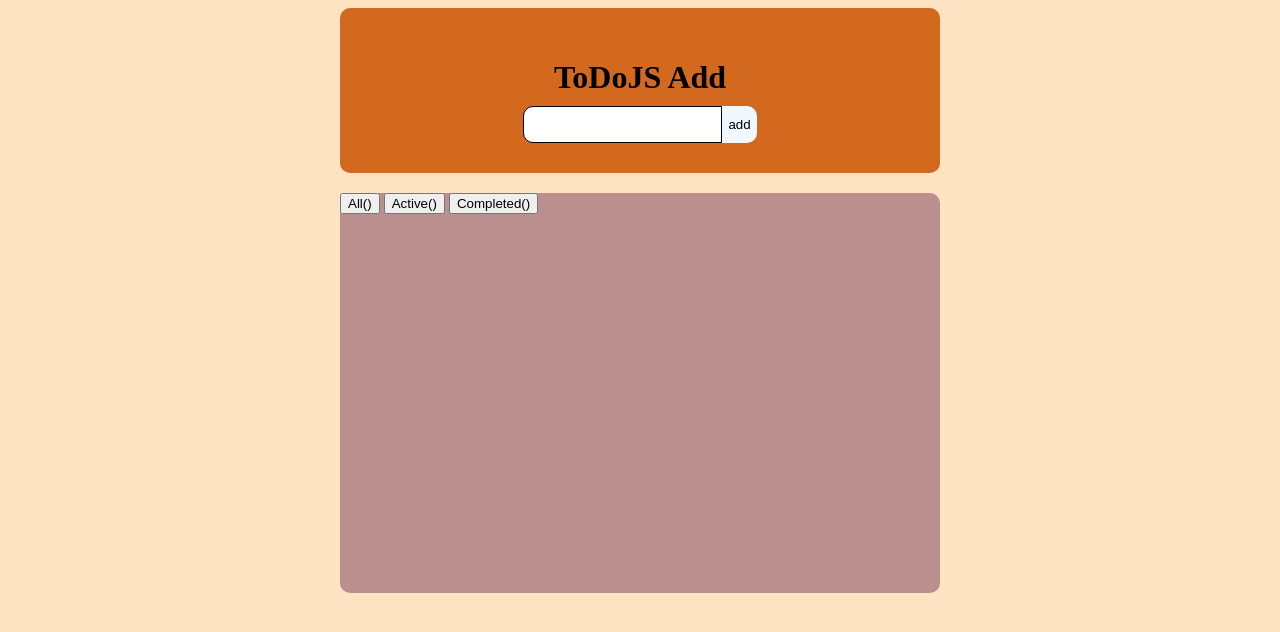
Repository: Savich01/ToDo
Page: index.html
An editor plug-in stored every save of this project. The page is shown before and after the next save, followed by the edit.
The browser window is 1280 px wide. The pictures show the whole page.

Above is the page before, as saved 2024-05-03 14:48:52.

After the next save:
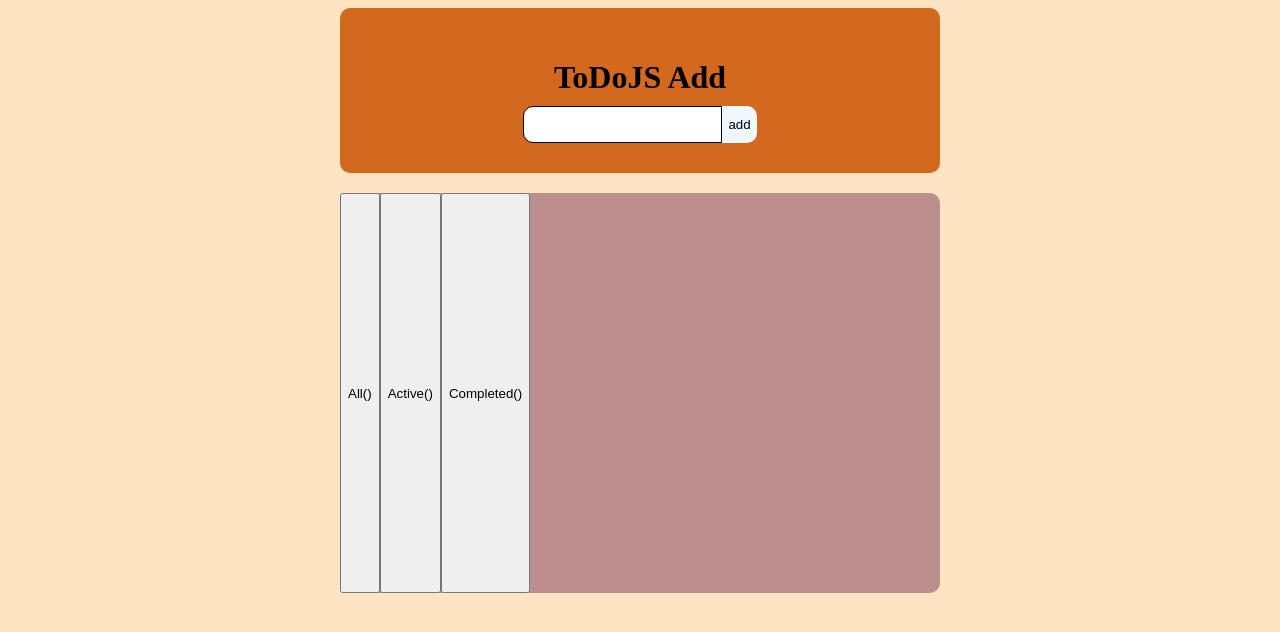
Saved 3 min 45 s later.
--- a/css/style.css
+++ b/css/style.css
@@ -57,5 +57,7 @@ body {
     justify-content: space-evenly;
     /* flex-direction: column; */
     /* align-content: flex-start; */
+    min-height: 100%;
+    display: flex;
 }
 /*------------------FOOTER--------------------------------------------------*/
